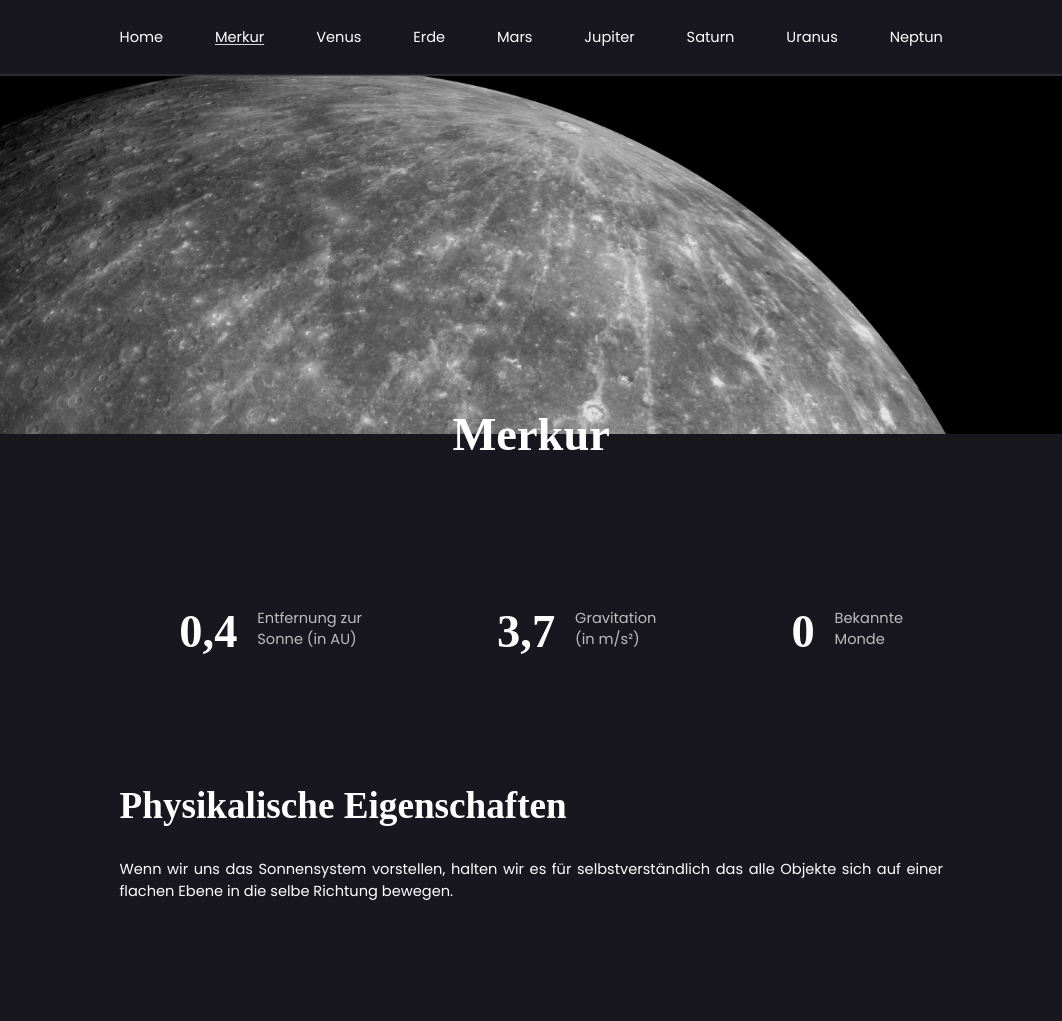
Repository: moreno-livak/solar
Page: dist/html/merkur.html
These files come from the project's save history. The page is drawn as it stood at one moment and after a run of saves; the edit follows.
The browser window is 1280 px wide. The pictures show the whole page, at 83% of full size.
The style sheet was rebuilt from its Sass, Less or Tailwind sources for each picture, by a compiler version that may differ from the author's.

Above is the page before, as saved 2022-05-07 12:55:27.
Console error: TypeError: Cannot read properties of null (reading 'getAttribute')

After the next 2 saves:
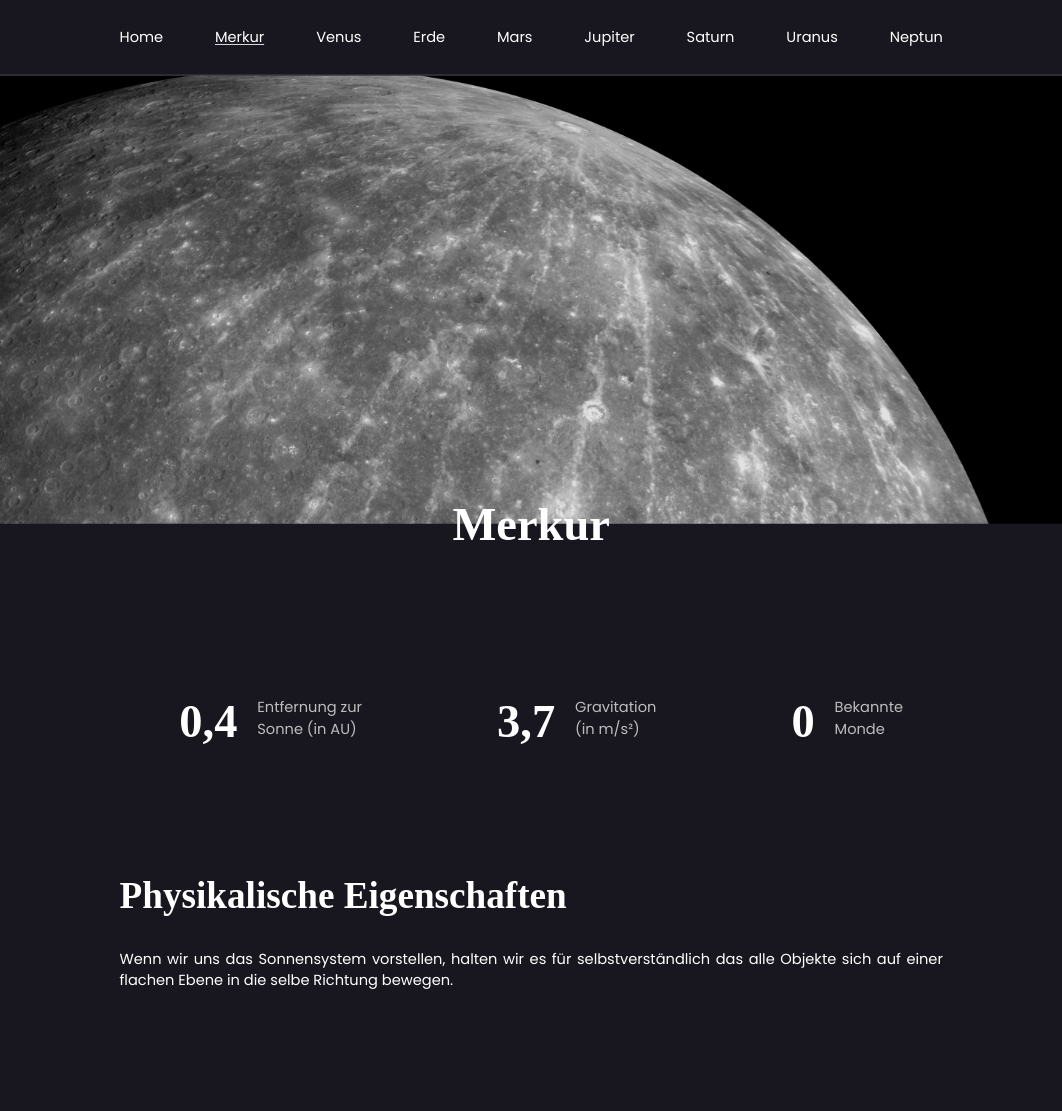
The 2 saves are shown as one change because they came seconds apart.
The last was saved 7 s later.
--- a/src/scss/home.scss
+++ b/src/scss/home.scss
@@ -505,7 +505,7 @@ div.sketchfab-embed-wrapper{
     display: grid;
     place-items: center;
     .image-header{
-        height: 60vh;
+        height: 75vh;
         width: 100%;
         overflow: hidden;
         img{
